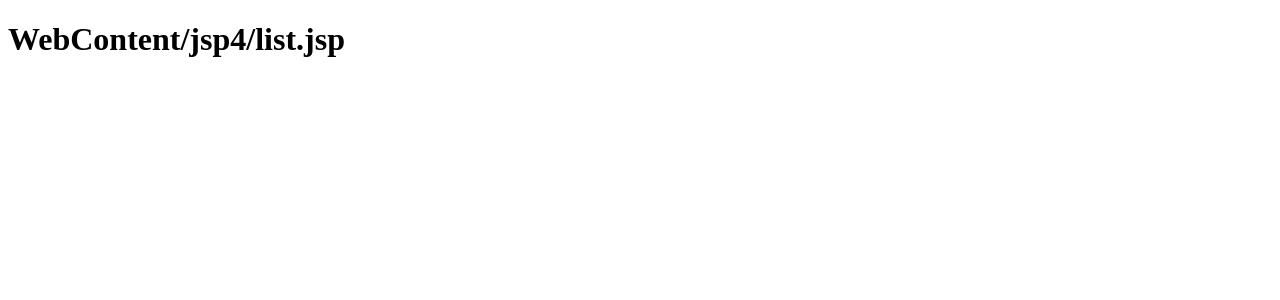
Repository: ReadStar/workspace_jsp
Page: http://localhost/StudyJSP/jsp4/list.jsp
An editor plug-in stored every save of this project. The page is shown before and after the next save, followed by the edit.
The browser window is 1280 px wide. The pictures show the whole page.
The page is served by Tomcat 9.

Above is the page before, as saved 2020-08-31 03:38:32.

After the next save:
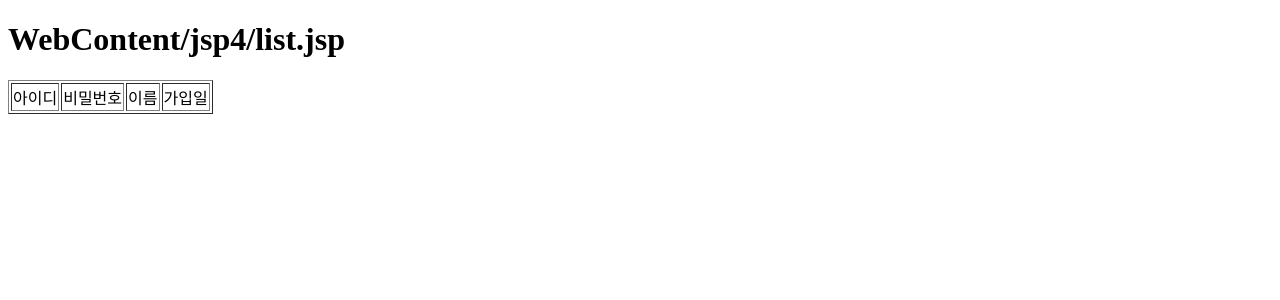
Saved 70 s later.
--- a/StudyJSP/WebContent/jsp4/list.jsp
+++ b/StudyJSP/WebContent/jsp4/list.jsp
@@ -8,5 +8,8 @@
 </head>
 <body>
 <h1>WebContent/jsp4/list.jsp</h1>
+<table border="1">
+<tr><td>아이디</td><td>비밀번호</td><td>이름</td><td>가입일</td></tr>
+</table>
 </body>
 </html>
